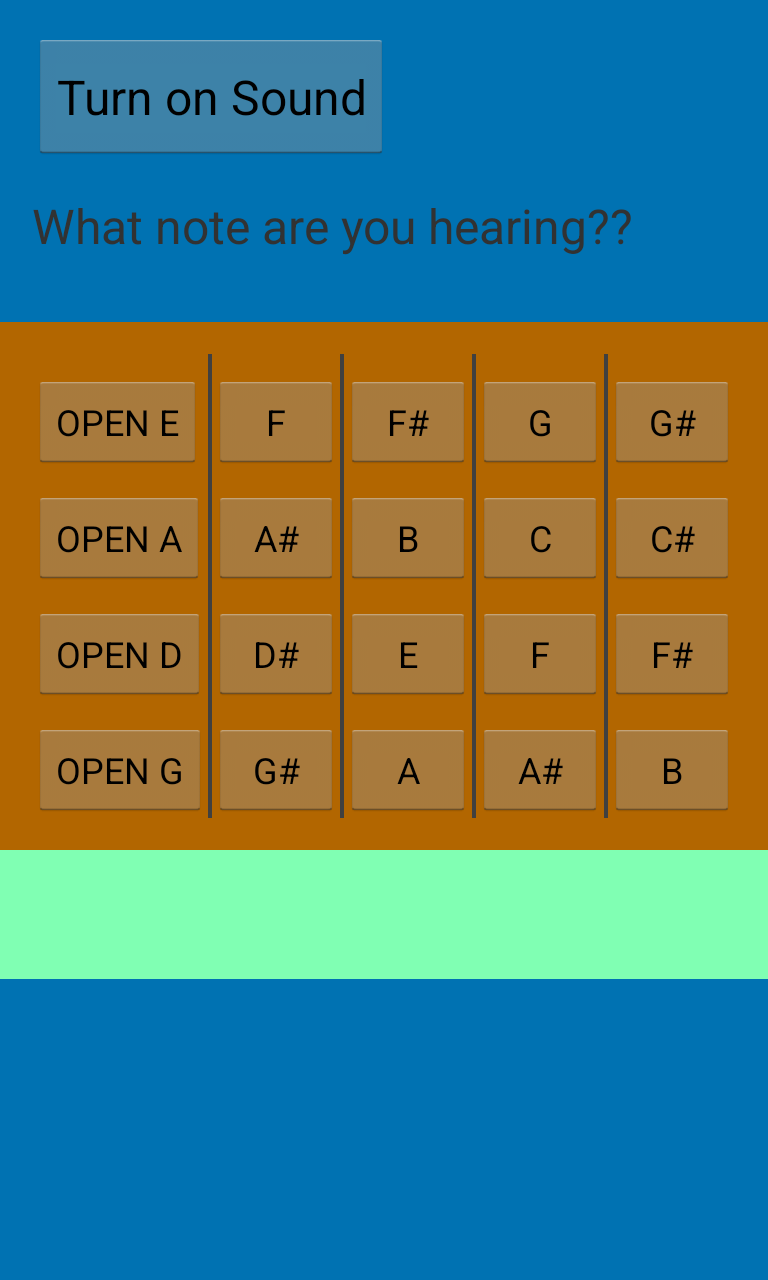
Repository: elliott-ribner/android-guitar-trainer
Layout: randomnotegenerator/res/layout/activity_main.xml
An editor plug-in stored every save of this project. The layout is shown before and after the next save, followed by the edit.
It is drawn on a 768 x 1280 px phone screen (xhdpi) without system bars, with theme AppTheme; the app's code is not run.

Above is the layout before, as saved 2014-06-09 00:53:17.

### randomnotegenerator/res/layout/activity_main.xml
<LinearLayout xmlns:android="http://schemas.android.com/apk/res/android"
    xmlns:tools="http://schemas.android.com/tools"
    android:layout_width="match_parent"
    android:layout_height="match_parent"
    android:background="#0072B2"
    android:orientation="vertical"
    tools:context="com.elliott.randomnotegenerator.MainActivity$PlaceholderFragment" >

    <LinearLayout
        android:layout_width="fill_parent"
        android:layout_height="wrap_content"

        android:orientation="vertical"
        android:paddingBottom="@dimen/activity_vertical_margin"
        android:paddingLeft="@dimen/activity_horizontal_margin"
        android:paddingRight="@dimen/activity_horizontal_margin"
        android:paddingTop="@dimen/activity_vertical_margin" >

        <Button
            android:id="@+id/ButtonPlay"
            android:layout_width="wrap_content"
            android:layout_height="wrap_content"
            android:paddingBottom="@dimen/activity_vertical_margin"
            android:paddingTop="@dimen/activity_vertical_margin"
            android:text="@string/play"
            android:textSize="24sp" />

        <TextView
            android:id="@+id/promptBox"
            android:layout_width="wrap_content"
            android:layout_height="wrap_content"
            android:paddingBottom="@dimen/activity_vertical_margin"
            android:paddingTop="@dimen/activity_vertical_margin"
            android:text="@string/prompt"
            android:textSize="24sp" />
    </LinearLayout>


        <LinearLayout
            android:layout_width="fill_parent"
            android:layout_height="wrap_content"
             android:background="#B26600"
            android:orientation="horizontal"
            android:paddingBottom="@dimen/activity_vertical_margin"
        android:paddingLeft="@dimen/activity_horizontal_margin"
        android:paddingRight="@dimen/activity_horizontal_margin"
        android:paddingTop="@dimen/activity_vertical_margin"  >

            <LinearLayout
                android:layout_width="wrap_content"
                android:layout_height="wrap_content"
                android:orientation="vertical" >

                <Button
                    android:id="@+id/ButtonEL"
                    android:layout_width="wrap_content"
                    android:layout_height="wrap_content"
                    android:layout_marginTop="10dp"
                    android:text="@string/el" />

                <Button
                    android:id="@+id/ButtonAL"
                    android:layout_width="wrap_content"
                    android:layout_height="wrap_content"
                    android:layout_marginTop="10dp"
                    android:text="@string/al" />

                <Button
                    android:id="@+id/ButtonD"
                    android:layout_width="wrap_content"
                    android:layout_height="wrap_content"
                    android:layout_marginTop="10dp"
                    android:text="@string/d" />

                <Button
                    android:id="@+id/ButtonG"
                    android:layout_width="wrap_content"
                    android:layout_height="wrap_content"
                    android:layout_marginTop="10dp"
                    android:text="@string/g" />
            </LinearLayout>

            <View
                android:layout_width="2dip"
                android:layout_height="fill_parent"
                android:background="#404040" />

            <LinearLayout
                android:layout_width="wrap_content"
                android:layout_height="wrap_content"
                android:orientation="vertical" >

                <Button
                    android:id="@+id/ButtonFL"
                    android:layout_width="wrap_content"
                    android:layout_height="wrap_content"
                    android:layout_marginTop="10dp"
                    android:text="@string/fl" />

                <Button
                    android:id="@+id/ButtonASL"
                    android:layout_width="wrap_content"
                    android:layout_height="wrap_content"
                    android:layout_marginTop="10dp"
                    android:text="@string/asl" />

                <Button
                    android:id="@+id/ButtonDS"
                    android:layout_width="wrap_content"
                    android:layout_height="wrap_content"
                    android:layout_marginTop="10dp"
                    android:text="@string/ds" />

                <Button
                    android:id="@+id/ButtonGS"
                    android:layout_width="wrap_content"
                    android:layout_height="wrap_content"
                    android:layout_marginTop="10dp"
                    android:text="@string/gs" />
            </LinearLayout>

            <View
                android:layout_width="2dip"
                android:layout_height="fill_parent"
                android:background="#404040" />

            <LinearLayout
                android:layout_width="wrap_content"
                android:layout_height="wrap_content"
                android:orientation="vertical" >

                <Button
                    android:id="@+id/ButtonFSL"
                    android:layout_width="wrap_content"
                    android:layout_height="wrap_content"
                    android:layout_marginTop="10dp"
                    android:text="@string/fsl" />

                <Button
                    android:id="@+id/ButtonBL"
                    android:layout_width="wrap_content"
                    android:layout_height="wrap_content"
                    android:layout_marginTop="10dp"
                    android:text="@string/bl" />

                <Button
                    android:id="@+id/ButtonE"
                    android:layout_width="wrap_content"
                    android:layout_height="wrap_content"
                    android:layout_marginTop="10dp"
                    android:text="@string/e" />

                <Button
                    android:id="@+id/ButtonA"
                    android:layout_width="wrap_content"
                    android:layout_height="wrap_content"
                    android:layout_marginTop="10dp"
                    android:text="@string/a" />
            </LinearLayout>

            <View
                android:layout_width="2dip"
                android:layout_height="fill_parent"
                android:background="#404040" />

            <LinearLayout
                android:layout_width="wrap_content"
                android:layout_height="wrap_content"
                android:orientation="vertical" >

                <Button
                    android:id="@+id/ButtonGL"
                    android:layout_width="wrap_content"
                    android:layout_height="wrap_content"
                    android:layout_marginTop="10dp"
                    android:text="@string/gl" />

                <Button
                    android:id="@+id/ButtonC"
                    android:layout_width="wrap_content"
                    android:layout_height="wrap_content"
                    android:layout_marginTop="10dp"
                    android:text="@string/c" />

                <Button
                    android:id="@+id/ButtonF"
                    android:layout_width="wrap_content"
                    android:layout_height="wrap_content"
                    android:layout_marginTop="10dp"
                    android:text="@string/f" />

                <Button
                    android:id="@+id/ButtonAS"
                    android:layout_width="wrap_content"
                    android:layout_height="wrap_content"
                    android:layout_marginTop="10dp"
                    android:text="@string/as" />
            </LinearLayout>

            <View
                android:layout_width="2dip"
                android:layout_height="fill_parent"
                android:background="#404040" />

            <LinearLayout
                android:layout_width="wrap_content"
                android:layout_height="wrap_content"
                android:orientation="vertical" >

                <Button
                    android:id="@+id/ButtonGSL"
                    android:layout_width="wrap_content"
                    android:layout_height="wrap_content"
                    android:layout_marginTop="10dp"
                    android:text="@string/gsl" />

                <Button
                    android:id="@+id/ButtonCS"
                    android:layout_width="wrap_content"
                    android:layout_height="wrap_content"
                    android:layout_marginTop="10dp"
                    android:text="@string/cs" />

                <Button
                    android:id="@+id/ButtonFS"
                    android:layout_width="wrap_content"
                    android:layout_height="wrap_content"
                    android:layout_marginTop="10dp"
                    android:text="@string/fs" />

                <Button
                    android:id="@+id/ButtonB"
                    android:layout_width="wrap_content"
                    android:layout_height="wrap_content"
                    android:layout_marginTop="10dp"
                    android:text="@string/b" />
            </LinearLayout>

        </LinearLayout>





         <LinearLayout
        android:layout_width="fill_parent"
        android:layout_height="wrap_content"
        android:orientation="vertical"
        android:background="#80FFB3"
        android:paddingBottom="@dimen/activity_vertical_margin"
        android:paddingLeft="@dimen/activity_horizontal_margin"
        android:paddingRight="@dimen/activity_horizontal_margin"
        android:paddingTop="@dimen/activity_vertical_margin" >

        <TextView
            android:id="@+id/resultBox"
            android:layout_width="wrap_content"
            android:layout_height="wrap_content"
            android:text="@string/result"
            android:textSize="24sp" />
    </LinearLayout>

</LinearLayout>

### randomnotegenerator/res/values/strings.xml
<?xml version="1.0" encoding="utf-8"?>
<resources>

    <string name="app_name">Bass Guitar Ear Trainer</string>
    <string name="hello_world">Hello world!</string>
    <string name="action_settings">Settings</string>
	<string name="play">Turn on Sound</string>
	<string name="prompt">What note are you hearing??</string>
	<string name="result"></string>
	<string name="c">C</string>
	<string name="cs">C#</string>
	<string name="d">OPEN D</string>
	<string name="ds">D#</string>
	<string name="e">E</string>
	<string name="f">F</string>
	<string name="fs">F#</string>
	<string name="g">OPEN G</string>
	<string name="gs">G#</string>
	<string name="a"> A</string>
	<string name="as">A#</string>
	<string name="b">B</string>
	<string name="el">OPEN E</string>
	<string name="fl">F</string>
	<string name="fsl">F#</string>
	<string name="gl">G</string>
	<string name="gsl">G#</string>
	<string name="al">OPEN A</string>
	<string name="asl">A#</string>
	<string name="bl">B</string>

</resources>

Loaded but not shown: randomnotegenerator/res/values/styles.xml (common file); randomnotegenerator/res/values-v11/styles.xml (common file); randomnotegenerator/res/values-v14/styles.xml (common file); randomnotegenerator/res/values/dimens.xml (common file); randomnotegenerator/res/values-w820dp/dimens.xml (common file)

After the next save:
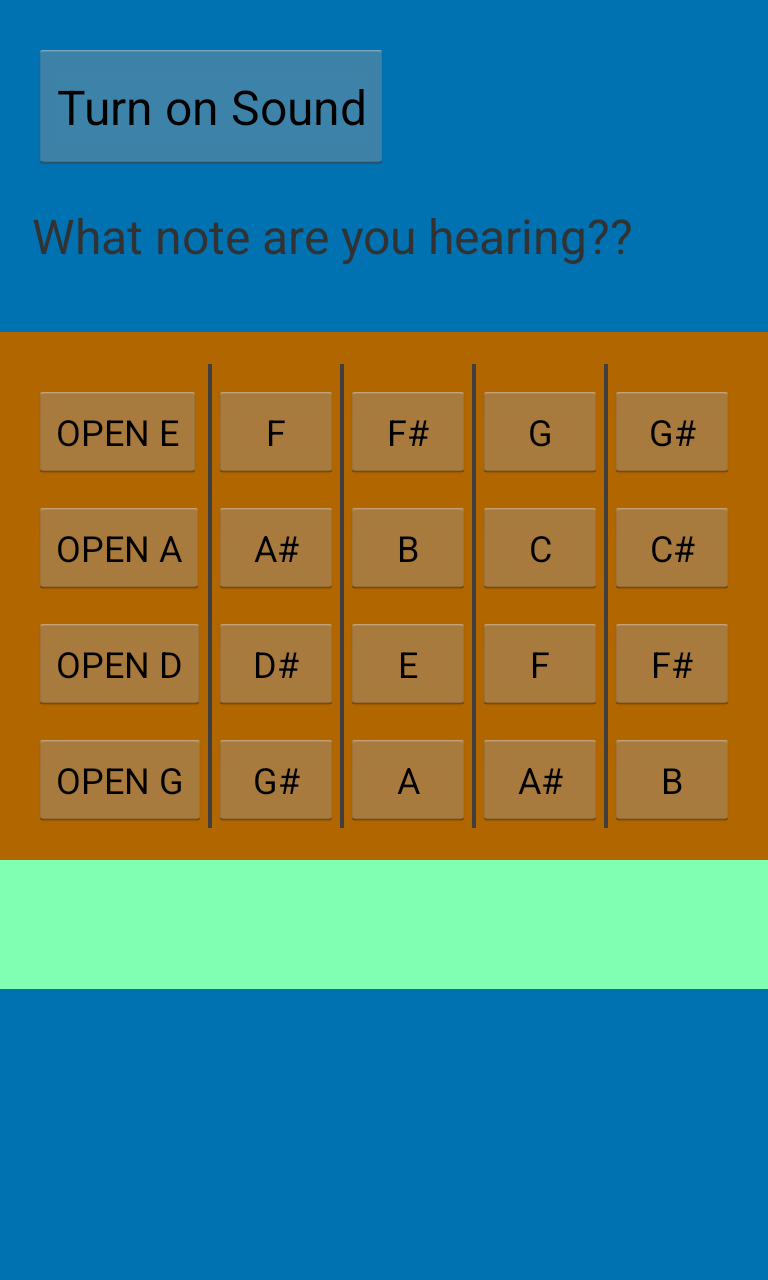
Saved 2 min 20 s later.
--- a/randomnotegenerator/res/layout/activity_main.xml
+++ b/randomnotegenerator/res/layout/activity_main.xml
@@ -5,6 +5,15 @@
     android:background="#0072B2"
     android:orientation="vertical"
     tools:context="com.elliott.randomnotegenerator.MainActivity$PlaceholderFragment" >
+ <LinearLayout
+        android:layout_width="fill_parent"
+        android:layout_height="5dip"
+
+        android:orientation="vertical"
+        android:paddingBottom="@dimen/activity_vertical_margin"
+        android:paddingLeft="@dimen/activity_horizontal_margin"
+        android:paddingRight="@dimen/activity_horizontal_margin"
+        android:paddingTop="@dimen/activity_vertical_margin"/ >
 
     <LinearLayout
         android:layout_width="fill_parent"
